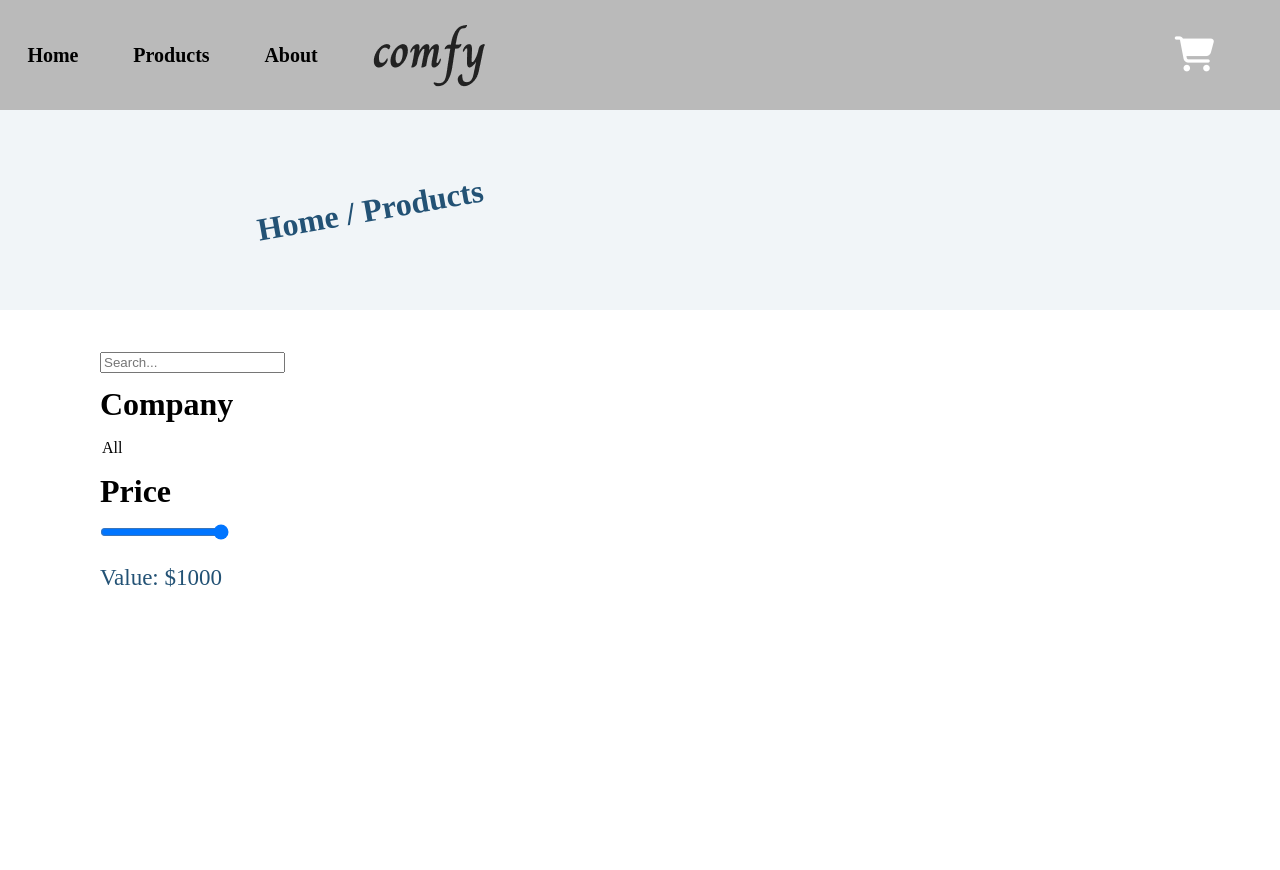
Repository: ismoil3/firs-internet-magazin
Page: products/imdex.html
An editor plug-in stored every save of this project. The page is shown before and after the next save, followed by the edit.
The browser window is 1280 px wide. The pictures show the whole page.
The page's requests for data from a server got no answer.

Above is the page before, as saved 2024-08-30 09:52:49.

After the next save:
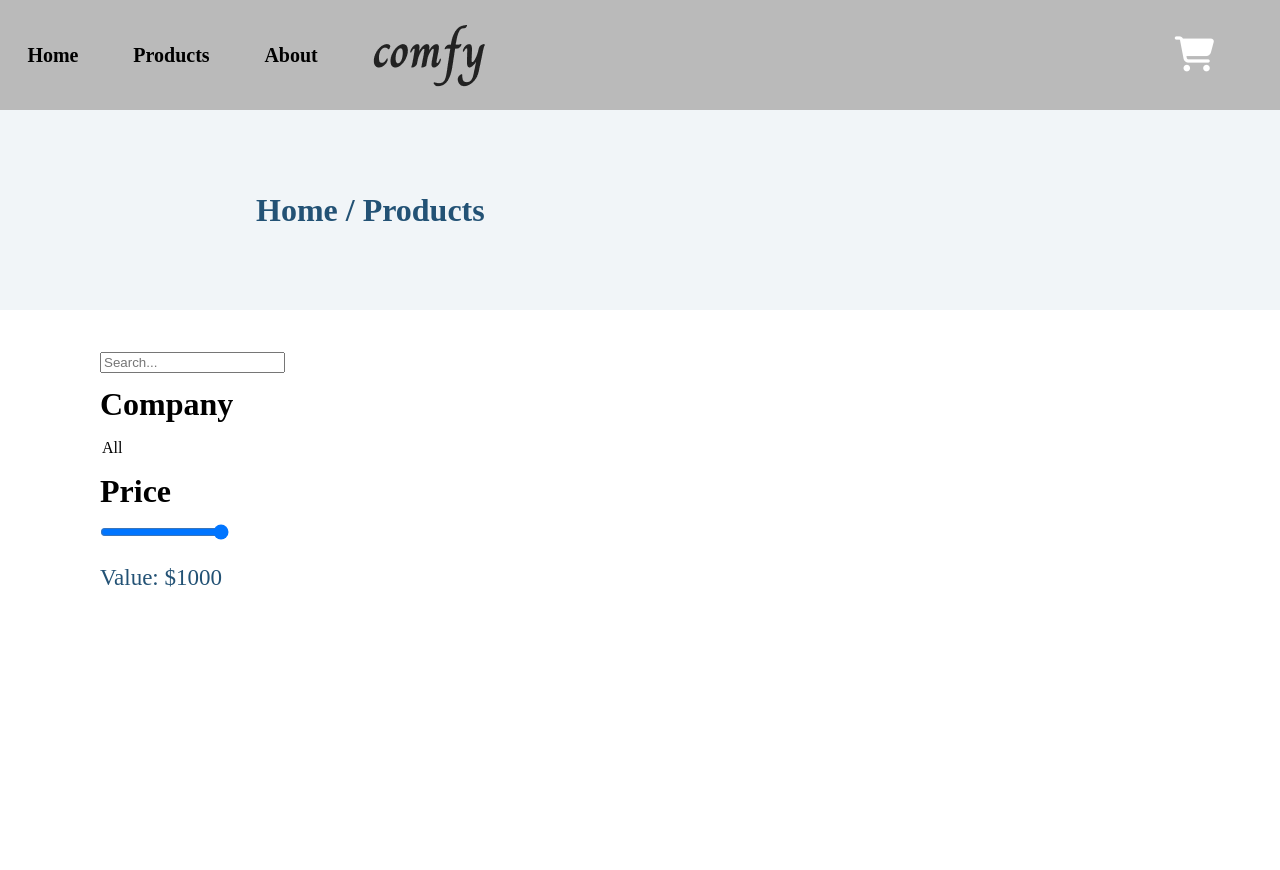
Saved 64 s later.
--- a/products/style.css
+++ b/products/style.css
@@ -94,7 +94,6 @@
   color: #235275;
   cursor: pointer;
   margin-left: 20%;
-  transform: rotate(-10deg);
 }
 
 .main {
